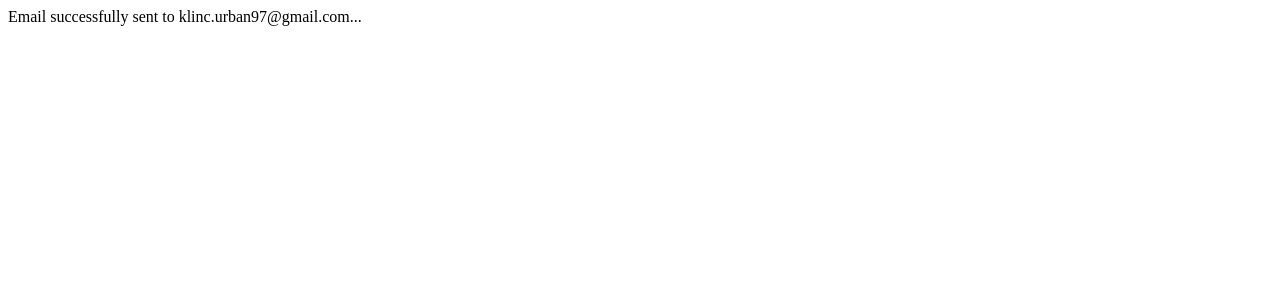
Repository: UrbyK/Felinae
Page: http://localhost/send-mail.php
An editor plug-in stored every save of this project. The page is shown before and after the next save, followed by the edit.
The browser window is 1280 px wide. The pictures show the whole page.
The page is run by PHP 8.4 with error messages shown; the project is at /var/www/html/.

Above is the page before, as saved 2020-09-14 19:06:49.

After the next save:
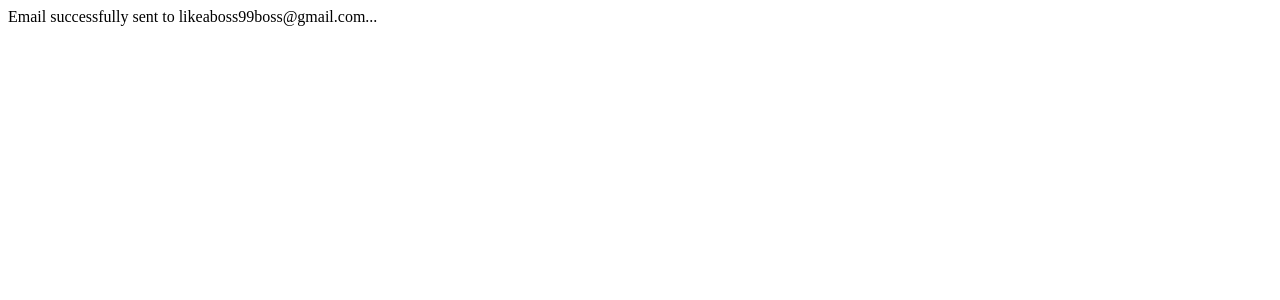
Saved 90 s later.
--- a/send-mail.php
+++ b/send-mail.php
@@ -1,5 +1,5 @@
 <?php
-$to_email = "klinc.urban97@gmail.com";
+$to_email = "likeaboss99boss@gmail.com";
 $subject = "Simple Email Test via PHP";
 $body = "Hi,nn This is test email send by PHP Script";
 $headers = "From: sender\'s email";
